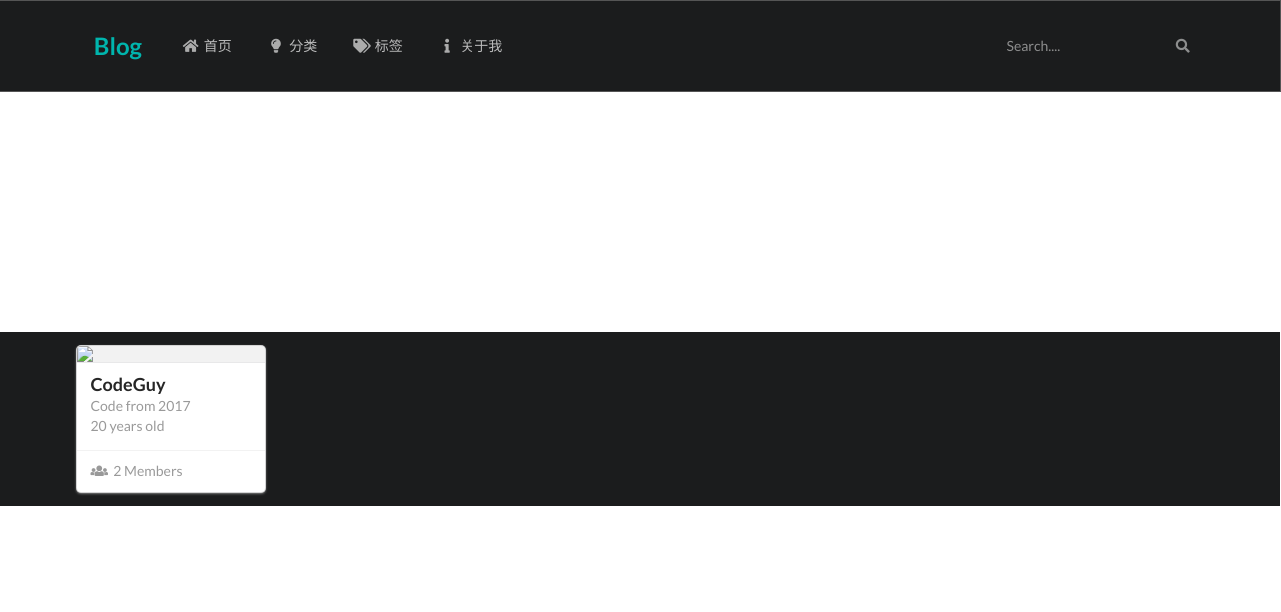
Repository: GOGOHQ/myblog
Page: index.html
The author's editor kept a copy of each file at every save. The page is drawn from the files as they stood at one save, then again after the next save.
The browser window is 1280 px wide. The page is 1281 px wide, so the pictures cover 1281 px, including what lies to the right of the window. The pictures show the whole page.
Some web libraries are served in a nearby version.

Above is the page before, as saved 2020-01-16 15:03:27.
Not found: static/images/avatar.jpg

After the next save:
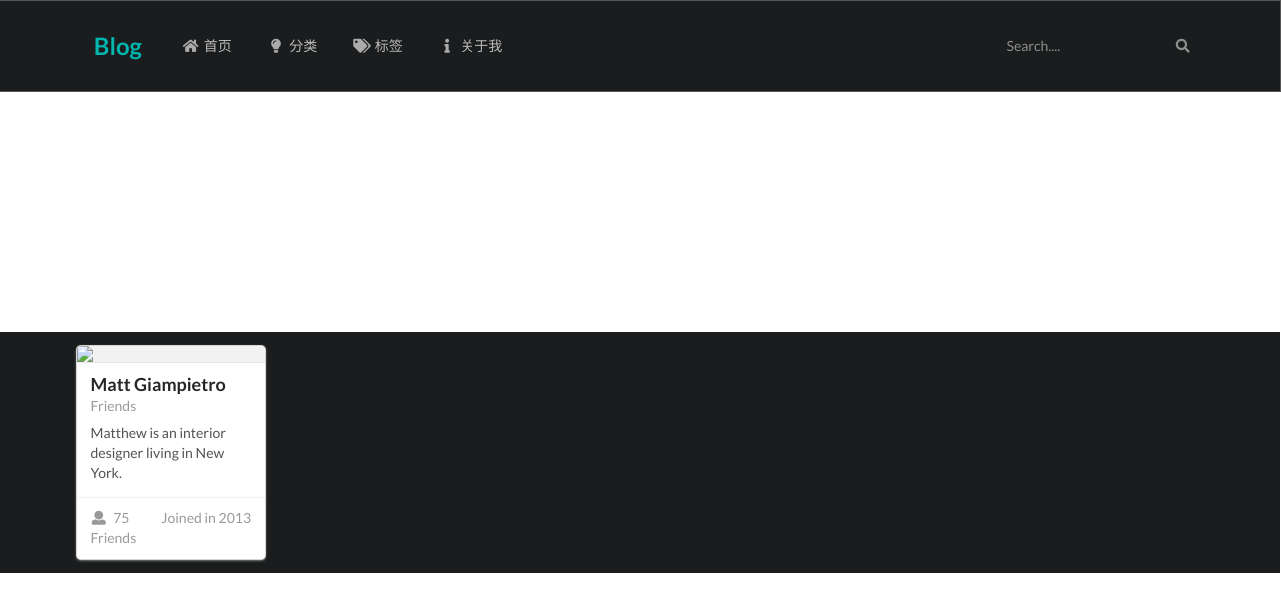
Not found: images/avatar2/large/matthew.png
Saved 46 s later.
--- a/index.html
+++ b/index.html
@@ -41,38 +41,34 @@
             <div class="three wide column">
                 <div class="ui special cards">
                     <div class="card">
-                        <div class="blurring dimmable image">
-                            <div class="ui dimmer">
-                                <div class="content">
-                                    <div class="center">
-                                        <div class="ui inverted button">Add Friend</div>
-                                    </div>
-                                </div>
-                            </div>
-                            <img src="static/images/avatar.jpg">
+                        <div class="image">
+                            <img src="../images/avatar2/large/matthew.png">
                         </div>
                         <div class="content">
-                            <a class="header">CodeGuy</a>
+                            <div class="header">Matt Giampietro</div>
                             <div class="meta">
-                                <span class="date">Code from 2017</span>
+                                <a>Friends</a>
                             </div>
-                            <div class="meta">
-                                <span class="date">20 years old</span>
+                            <div class="description">
+                                Matthew is an interior designer living in New York.
                             </div>
                         </div>
                         <div class="extra content">
-                            <a>
-                                <i class="users icon"></i> 2 Members
-                            </a>
+                                <span class="right floated">
+                                Joined in 2013
+                              </span>
+                            <span>
+                                <i class="user icon"></i>
+                                75 Friends
+                              </span>
                         </div>
                     </div>
                 </div>
+                <div class="three wide column"></div>
+                <div class="three wide column"></div>
+                <div class="seven wide column"></div>
             </div>
-            <div class="three wide column"></div>
-            <div class="three wide column"></div>
-            <div class="seven wide column"></div>
         </div>
-    </div>
 </footer>
 </body>
 
